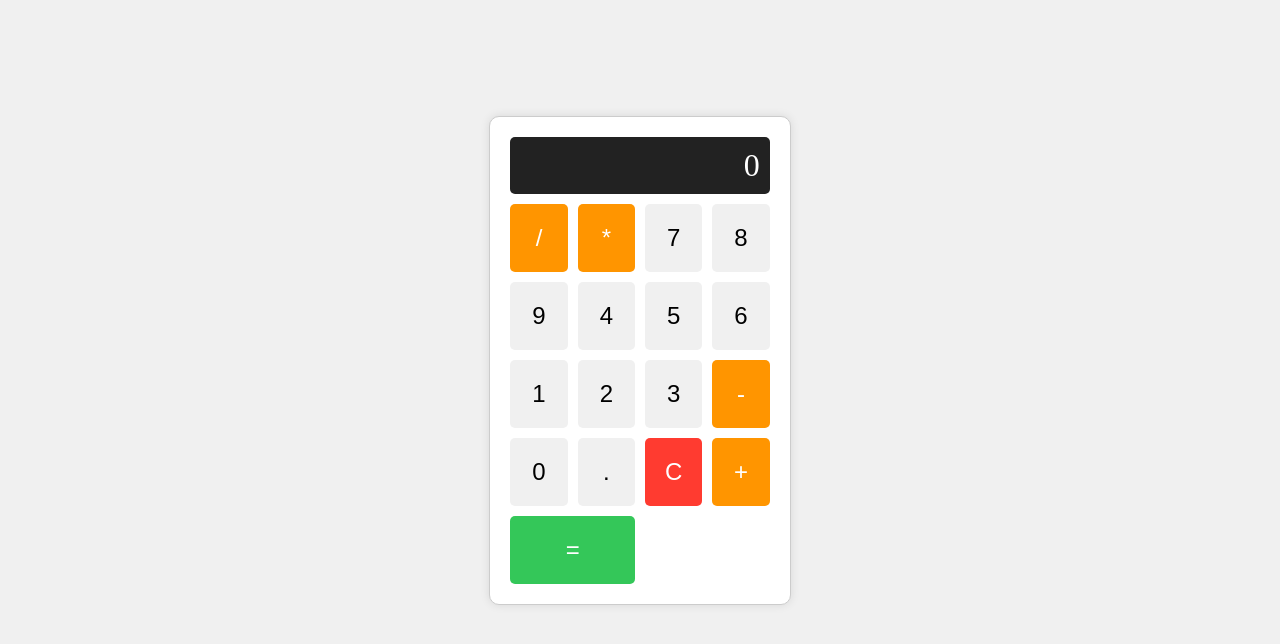
Repository: alizey12/calculator
Page: index.html
These files come from the project's save history. The page is drawn as it stood at one moment and after a run of saves; the edit follows.
The browser window is 1280 px wide. The pictures show the whole page.

Above is the page before, as saved 2024-11-23 18:32:05.

After the next 2 saves:
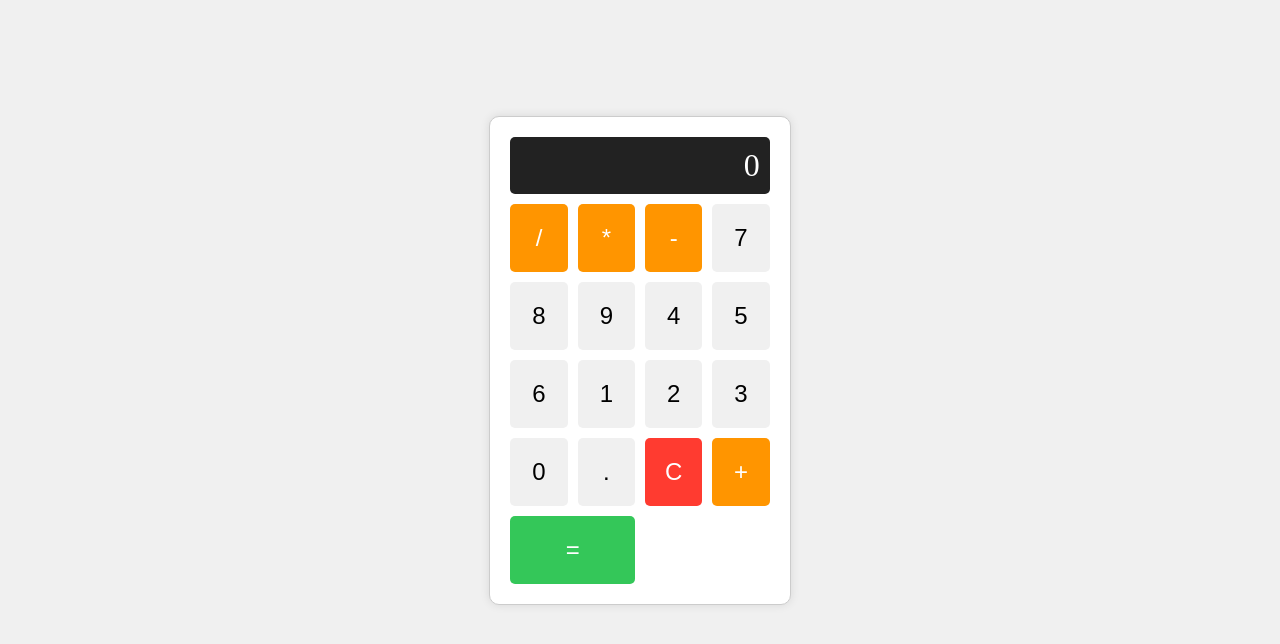
The 2 saves are shown as one change because they came seconds apart.
The last was saved 8 s later.
--- a/index.html
+++ b/index.html
@@ -14,6 +14,7 @@
             <div class="buttons">
                 <button class="btn operator">/</button>
                 <button class="btn operator">*</button>
+                <button class="btn operator">-</button>
                 <button class="btn">7</button>
                 <button class="btn">8</button>
                 <button class="btn">9</button>
@@ -25,7 +26,7 @@
                 <button class="btn">1</button>
                 <button class="btn">2</button>
                 <button class="btn">3</button>
-                <button class="btn operator">-</button>
+
                 <button class="btn">0</button>
                 <button class="btn">.</button>
                 <button class="btn" id="clear">C</button>
